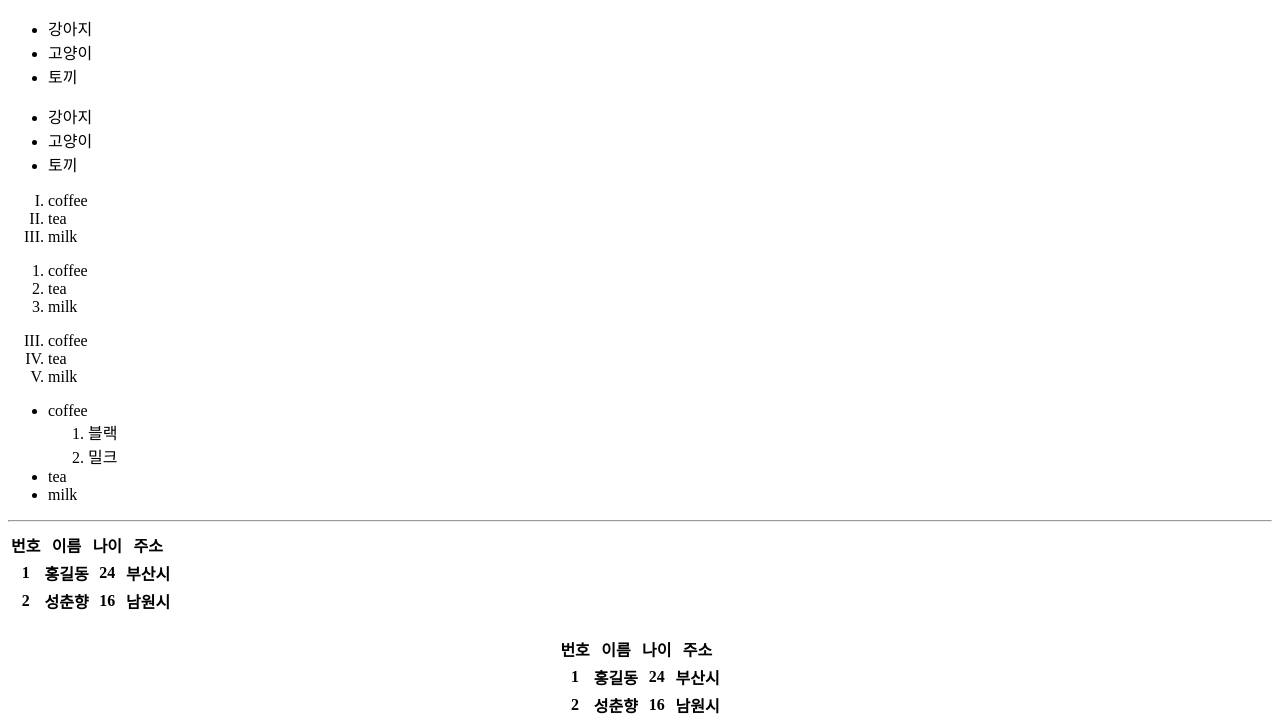
Repository: suhong99/htmlLecture
Page: sample02/src/main/webapp/index.html
The author's editor kept a copy of each file at every save. The page is drawn from the files as they stood at one save, then again after the next save.
The browser window is 1280 px wide. The pictures show the whole page.

Above is the page before, as saved 2023-06-21 07:22:14.

After the next save:
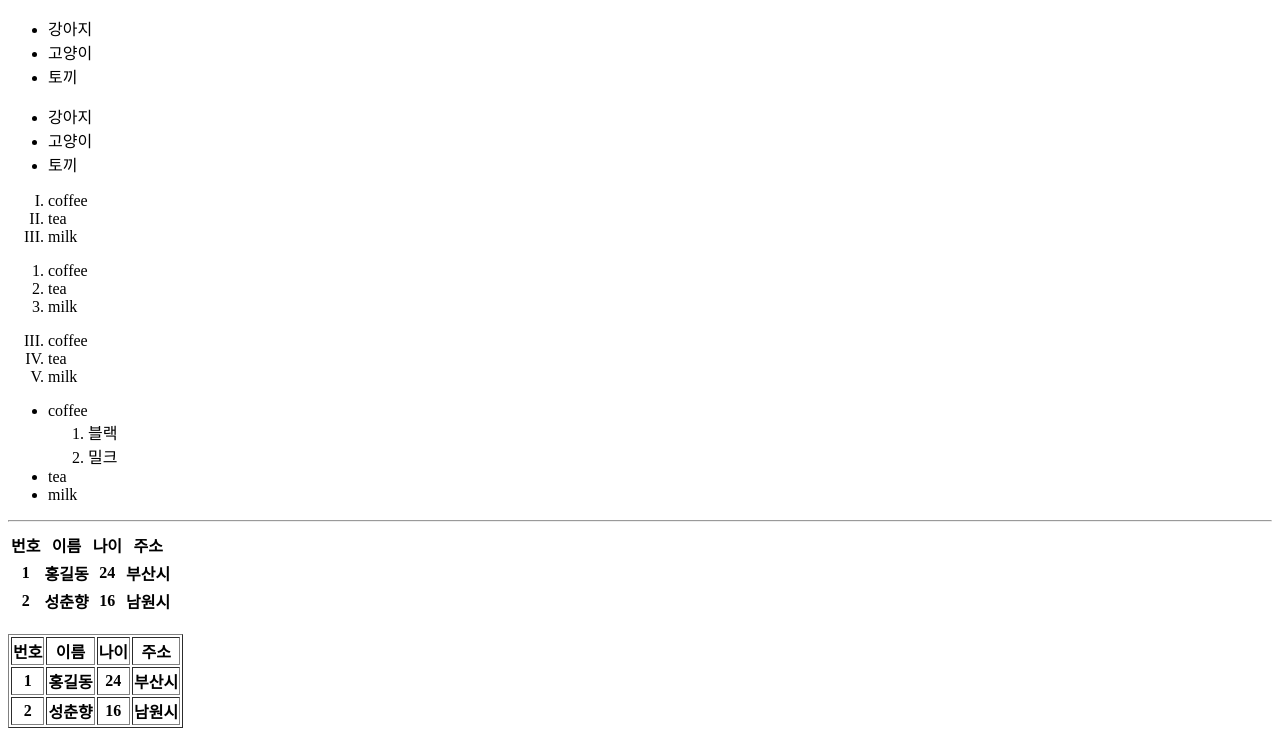
Saved 16 s later.
--- a/sample02/src/main/webapp/index.html
+++ b/sample02/src/main/webapp/index.html
@@ -94,7 +94,7 @@
  	</tbody>
  </table>
  <br>
- <table align="center">
+ <table border="1">
  	<thead>
  	<tr>
  		<th>번호</th>
